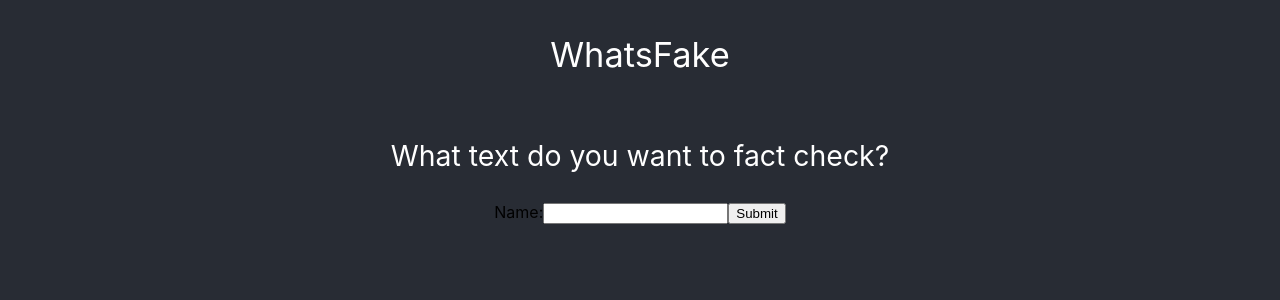
Repository: alkalox/FakeNews
Page: /
An editor plug-in stored every save of this project. The page is shown before and after the next save, followed by the edit.
The browser window is 1280 px wide. The pictures show the whole page.
The project was rebuilt for these pictures with package versions that can differ from the ones it lists, and the page was loaded fresh each time.

Above is the page before, as saved 2019-04-19 21:28:58.

After the next save:
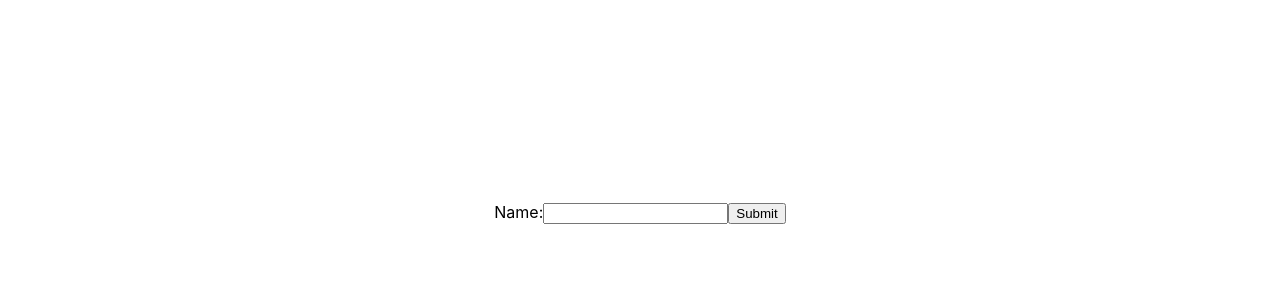
Saved 102 s later.
--- a/src/App.css
+++ b/src/App.css
@@ -3,7 +3,7 @@
 }
 .Header {
   text-align: center;
-  background-color: #282c34;
+  background-color: #85dcb;
   min-height: 100vh;
 }
 .App-header {

After the 4 saves that followed:
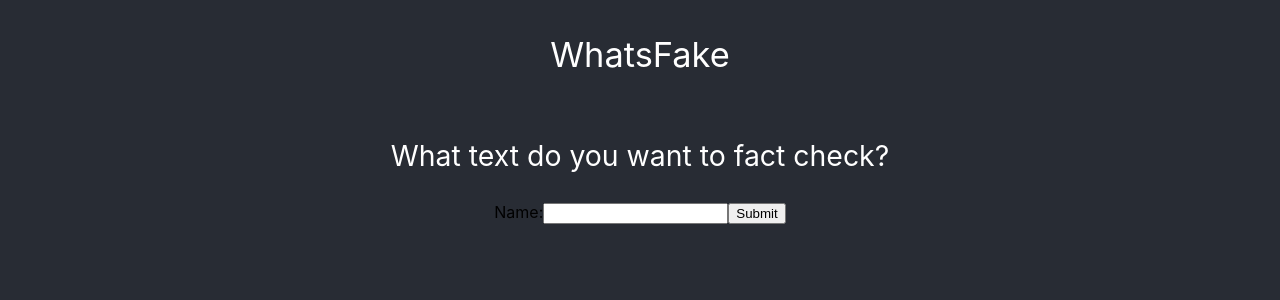
The 4 saves are shown as one change because 3 left the picture as it was.
The last was saved 46 s later.
--- a/src/App.css
+++ b/src/App.css
@@ -3,7 +3,7 @@
 }
 .Header {
   text-align: center;
-  background-color: #85dcb;
+  background-color: #282c34;
   min-height: 100vh;
 }
 .App-header {
